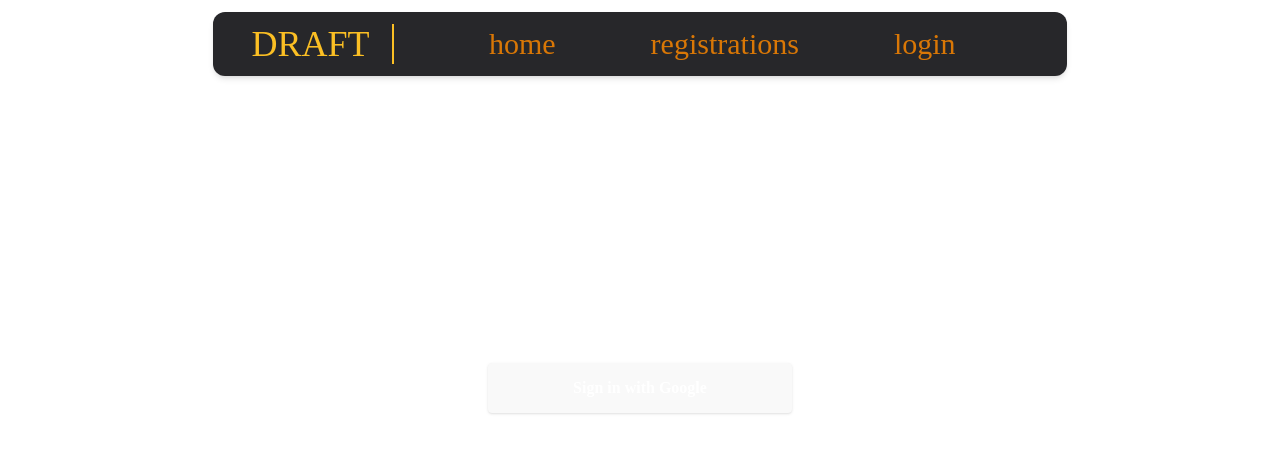
Repository: MehediMim/LeagueCrafter--Online-Auction-Platform-Project
Page: /login (app in my-app/)
These files come from the project's save history. The page is drawn as it stood at one moment and after the next save; the edit follows.
The browser window is 1280 px wide. The pictures show the whole page.
Some web fonts or font styles are not loaded; a fallback is used. The project was rebuilt for these pictures with package versions that can differ from the ones it lists, and the page was loaded fresh each time. Also part of the build but not shown: my-app/vite.config.js, my-app/src/pages/Home.jsx, my-app/src/pages/Dashboard.jsx.

Above is the page before, as saved 2025-05-25 01:47:47.

After the next save:
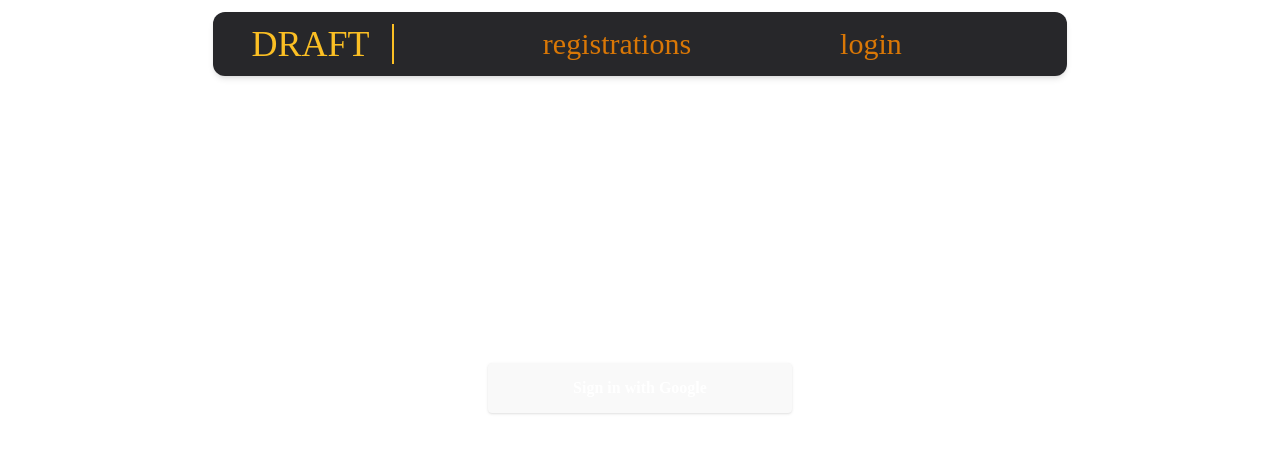
Saved 3 min 39 s later.
--- a/my-app/src/components/Navbar.jsx
+++ b/my-app/src/components/Navbar.jsx
@@ -11,10 +11,10 @@ export default function Navbar(params) {
         <div className="bg-zinc-800 shadow-md p-4 rounded-xl w-full flex items-center">
           {/* <div className="w-auto h-auto rounded-xl m-4 flex p-4"> */}
           <div className="w-1/4 border-r-2 border-amber-400 flex justify-center">
-            <Link><h1 className="font-jaro text-4xl text-amber-400 hover:text-white">DRAFT</h1></Link>
+            <Link to="/"><h1 className="font-jaro text-4xl text-amber-400 hover:text-white">DRAFT</h1></Link>
           </div>
           <div className="w-full flex justify-evenly   items-center">
-            <Link to="/" className="text-amber-600 hover:text-white"><h1 className="text-3xl font-jaro">home</h1></Link>
+            {/* <Link to="/" className="text-amber-600 hover:text-white"><h1 className="text-3xl font-jaro">home</h1></Link> */}
             <Link className="text-amber-600 hover:text-white"><h1 className="text-3xl font-jaro">registrations</h1></Link>
             {!isAuthenticated && <Link to="/login" className="text-amber-600 hover:text-white"><h1 className="text-3xl  font-jaro">login</h1></Link>}
             {isAuthenticated && <Link to="/dashboard" className="text-amber-600 hover:text-white"><h1 className="text-3xl  font-jaro">dashboard</h1></Link>}
